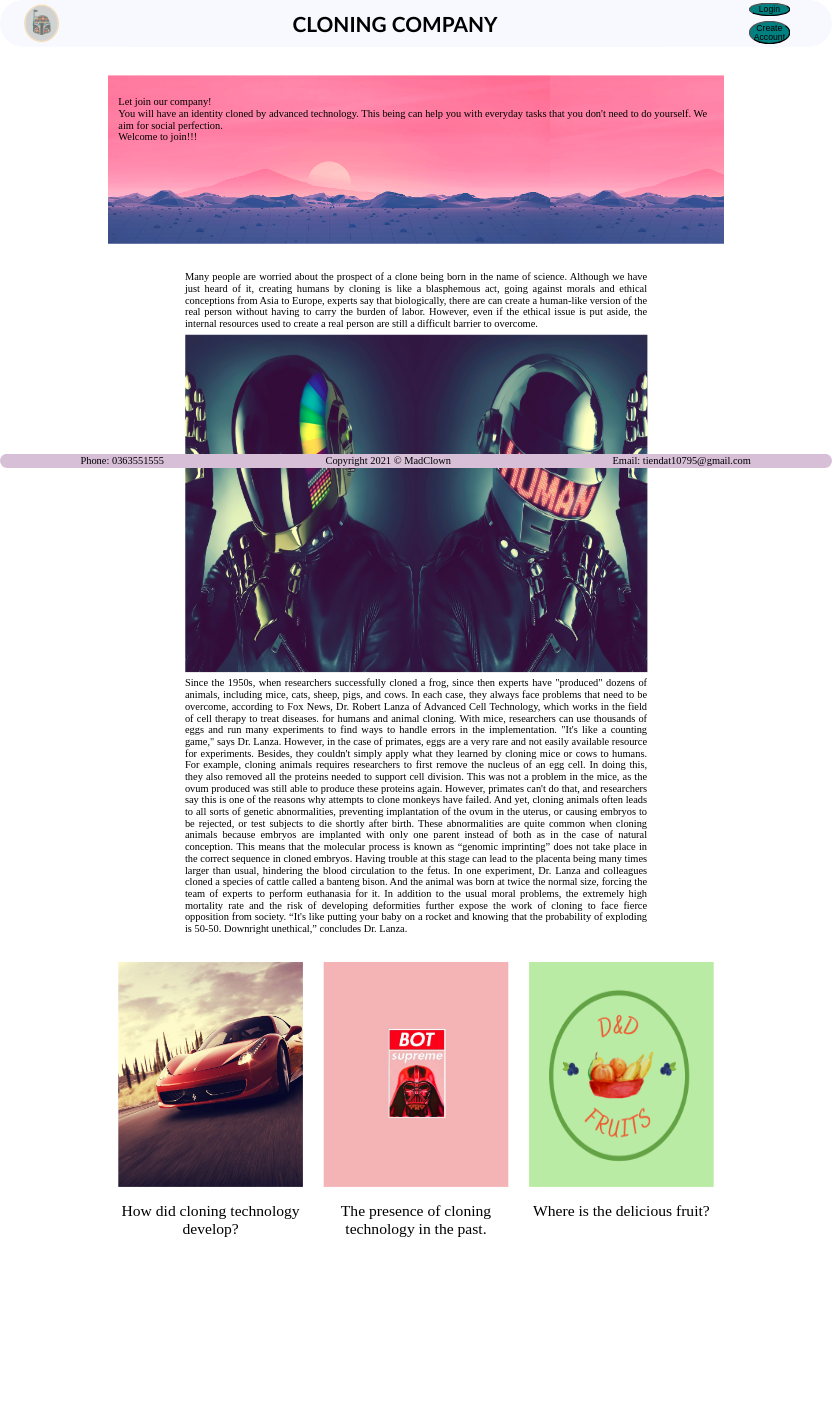
Repository: madd107/demo-form
Page: Assigment_FEE/CaseStudy_1.html
An editor plug-in stored every save of this project. The page is shown before and after the next save, followed by the edit.
The browser window is 1280 px wide. The pictures show the whole page, at 65% of full size.

Above is the page before, as saved 2021-10-01 02:10:09.

### Assigment_FEE/CaseStudy_1.html
<!DOCTYPE html>
<html lang="en">
  <head>
    <meta charset="UTF-8" />
    <meta http-equiv="X-UA-Compatible" content="IE=edge" />
    <meta name="viewport" content="width=device-width, initial-scale=1.0" />
    <title>CaseStudy_1</title>
    <link rel="stylesheet" href="css/CaseStudy_1.css" />
  </head>
  <body>
    <div class="wrapper">
      <div class="wrapper topbar">
        <li class="wrapper topbar logo">
          <img src="image/Screenshot from 2021-09-29 23-32-12.png" alt="" />
        </li>
        <li class="wrapper topbar title">
          <h1>Cloning Company</h1>
        </li>
        <li class="wrapper topbar login">
          <button>Login</button>
          <button>Create Account</button>
        </li>
      </div>
      <div class="wrapper main">
        <div class="main header">
          <p>
            Let join our company! <br />
            You will have an identity cloned by advanced technology. This being
            can help you with everyday tasks that you don't need to do yourself.
            We aim for social perfection. <br />
            Welcome to join!!!
          </p>
        </div>
        <div class="main content">
          <p>
            Many people are worried about the prospect of a clone being born in
            the name of science. Although we have just heard of it, creating
            humans by cloning is like a blasphemous act, going against morals
            and ethical conceptions from Asia to Europe, experts say that
            biologically, there are can create a human-like version of the real
            person without having to carry the burden of labor. However, even if
            the ethical issue is put aside, the internal resources used to
            create a real person are still a difficult barrier to overcome.
          </p>
          <img src="image/wallpaper_hd_by_sinhvienit (25).JPG" alt="" />
          <p>
            Since the 1950s, when researchers successfully cloned a frog, since
            then experts have "produced" dozens of animals, including mice,
            cats, sheep, pigs, and cows. In each case, they always face problems
            that need to be overcome, according to Fox News, Dr. Robert Lanza of
            Advanced Cell Technology, which works in the field of cell therapy
            to treat diseases. for humans and animal cloning. With mice,
            researchers can use thousands of eggs and run many experiments to
            find ways to handle errors in the implementation. "It's like a
            counting game," says Dr. Lanza. However, in the case of primates,
            eggs are a very rare and not easily available resource for
            experiments. Besides, they couldn't simply apply what they learned
            by cloning mice or cows to humans. For example, cloning animals
            requires researchers to first remove the nucleus of an egg cell. In
            doing this, they also removed all the proteins needed to support
            cell division. This was not a problem in the mice, as the ovum
            produced was still able to produce these proteins again. However,
            primates can't do that, and researchers say this is one of the
            reasons why attempts to clone monkeys have failed. And yet, cloning
            animals often leads to all sorts of genetic abnormalities,
            preventing implantation of the ovum in the uterus, or causing
            embryos to be rejected, or test subjects to die shortly after birth.
            These abnormalities are quite common when cloning animals because
            embryos are implanted with only one parent instead of both as in the
            case of natural conception. This means that the molecular process is
            known as “genomic imprinting” does not take place in the correct
            sequence in cloned embryos. Having trouble at this stage can lead to
            the placenta being many times larger than usual, hindering the blood
            circulation to the fetus. In one experiment, Dr. Lanza and
            colleagues cloned a species of cattle called a banteng bison. And
            the animal was born at twice the normal size, forcing the team of
            experts to perform euthanasia for it. In addition to the usual moral
            problems, the extremely high mortality rate and the risk of
            developing deformities further expose the work of cloning to face
            fierce opposition from society. “It's like putting your baby on a
            rocket and knowing that the probability of exploding is 50-50.
            Downright unethical,” concludes Dr. Lanza.
          </p>
        </div>
        <div class="main box">
          <div class="main box news">
            <img src="image/Screenshot from 2021-09-30 00-28-13.png" alt="" />
            <a href="https://cloningcompay.com/">
              How did cloning technology develop?
            </a>
          </div>
          <div class="main box news">
            <img src="image/Screenshot from 2021-09-30 00-30-25.png" alt="" />
            <a href="https://cloningcompay.com/">
              The presence of cloning technology in the past.
            </a>
          </div>
          <div class="main box news">
            <img src="image/D&D Fruits.png" alt="" />
            <a href="https://cloningcompay.com/">
              Where is the delicious fruit?
            </a>
          </div>
        </div>
      </div>
      <div class="wrapper footer">
        <li>Phone: 0363551555</li>
        <li>Copyright 2021 © MadClown</li>
        <li>Email: tiendat10795@gmail.com</li>
      </div>
    </div>
  </body>
</html>

### Assigment_FEE/css/CaseStudy_1.css
.wrapper {
  margin: 0 auto;
  width: 100%;
  height: 2160px;
  position: relative;
}
.topbar {
  margin: auto;
  width: 100%;
  height: 10%;
  display: flex;
  justify-content: space-between;
  background-color: ghostwhite;
  align-items: center;
  border-radius: 5em;
  position: fixed;
  top: 0;
  right: 0.2px;
}
.logo {
  margin: auto;
  width: 5%;
  height: 75%;
  position: relative;
  top: 0;
}
.logo img {
  width: 100%;
  height: 100%;
  border-radius: 50%;
  margin: 5px 5px;
  border: wheat solid 2px;
  top: 0;
}
.title {
  margin: 0 auto;
  width: 70%;
  height: 100%;
  display: flex;
  justify-content: center;
  align-items: center;
  position: relative;
  top: 0;
}
.title h1 {
  text-transform: uppercase;
  color: black;
  text-align: center;
  font-family: "Trebuchet MS", "Lucida Sans Unicode", "Lucida Grande",
    "Lucida Sans", Arial, sans-serif;
}
.login {
  margin: 0 auto;
  width: 10%;
  height: 100%;
  display: flex;
  align-items: center;
  flex-direction: column;
  justify-content: space-around;
  position: relative;
  top: 0;
}
.login button {
  background-color: teal;
  border-radius: 50%;
  width: 50%;
  top: 0;
}
.login button:hover {
  color: yellowgreen;
}
.main {
  margin: auto;
  width: 75%;
  height: 80%;
  display: flex;
  flex-wrap: wrap;
  top: 5%;
}
.main.header {
  margin: 0 auto;
  background-image: url(/Assigment_FEE/image/Screenshot\ from\ 2021-09-29\ 23-49-43.png);
  width: 100%;
  height: 15%;
  background-size: 680px;
}
.main.header p {
  padding: 1em;
}
.main.content {
  margin: 1em auto;
  width: 75%;
  height: 60%;
}
.main.content img {
  width: 100%;
  height: 50%;
}
.main.content p {
  margin: 0 auto;
  height: auto;
  text-align: justify;
  padding: 0.5em 0;
}
.main.box {
  margin: 0 auto;
  width: 100%;
  height: 20%;
  display: flex;
  flex-wrap: wrap;
}
.main.box.news:nth-child(1) {
  width: 30%;
  height: 100%;
}
.main.box.news:nth-child(1) img {
  width: 100%;
  height: 100%;
}
.main.box.news:nth-child(1) a {
  margin: 1em auto;
  text-align: center;
  align-items: center;
  text-decoration: none;
  font-size: x-large;
  color: black;
}
.main.box.news:nth-child(2) {
  width: 30%;
  height: 100%;
}
.main.box.news:nth-child(2) img {
  width: 100%;
  height: 100%;
}
.main.box.news:nth-child(2) a {
  margin: 1em auto;
  text-align: center;
  align-items: center;
  text-decoration: none;
  font-size: x-large;
  color: black;
}
.main.box.news:nth-child(3) {
  width: 30%;
  height: 100%;
}
.main.box.news:nth-child(3) img {
  width: 100%;
  height: 100%;
}
.main.box.news:nth-child(3) a {
  margin: 1em auto;
  text-align: center;
  align-items: center;
  text-decoration: none;
  font-size: x-large;
  color: black;
}
a:hover {
  opacity: 0.5;
  color: aqua;
}
.footer {
  width: 100%;
  height: 3%;
  display: flex;
  justify-content: space-around;
  list-style-type: none;
  align-items: center;
  background-color: thistle;
  position: fixed;
  bottom: 0;
  right: 0.5px;
  border-radius: 5em;
}
@media only screen and (max-width: 768px) {
  .main.content {
    margin: 1em auto;
    width: 75%;
    height: auto;
  }
  .main.content img {
    width: 100%;
    height: 20%;
  }
  .main.content p {
    margin: 1rem auto;
    width: 100%;
    height: auto;
    align-items: center;
    text-align: justify;
    padding: 0.5em 0;
  }
  .main.box {
    margin: 5em auto;
    width: 85%;
    height: 10%;
    display: flex;
    flex-wrap: wrap;
  }
  .main.box.news:nth-child(1) {
    width: 100%;
    height: 100%;
  }
  .main.box.news:nth-child(2) {
    width: 100%;
    height: 100%;
  }
  .main.box.news:nth-child(3) {
    width: 100%;
    height: 100%;
  }
  .main.box.news img {
    width: 100%;
    height: 100%;
  }
  .main.box.news a {
    margin: 1em auto;
    text-align: center;
    align-items: center;
    text-decoration: none;
    font-size: x-large;
    color: black;
  }
  a:hover {
    opacity: 0.5;
    color: aqua;
  }
}

After the next save:
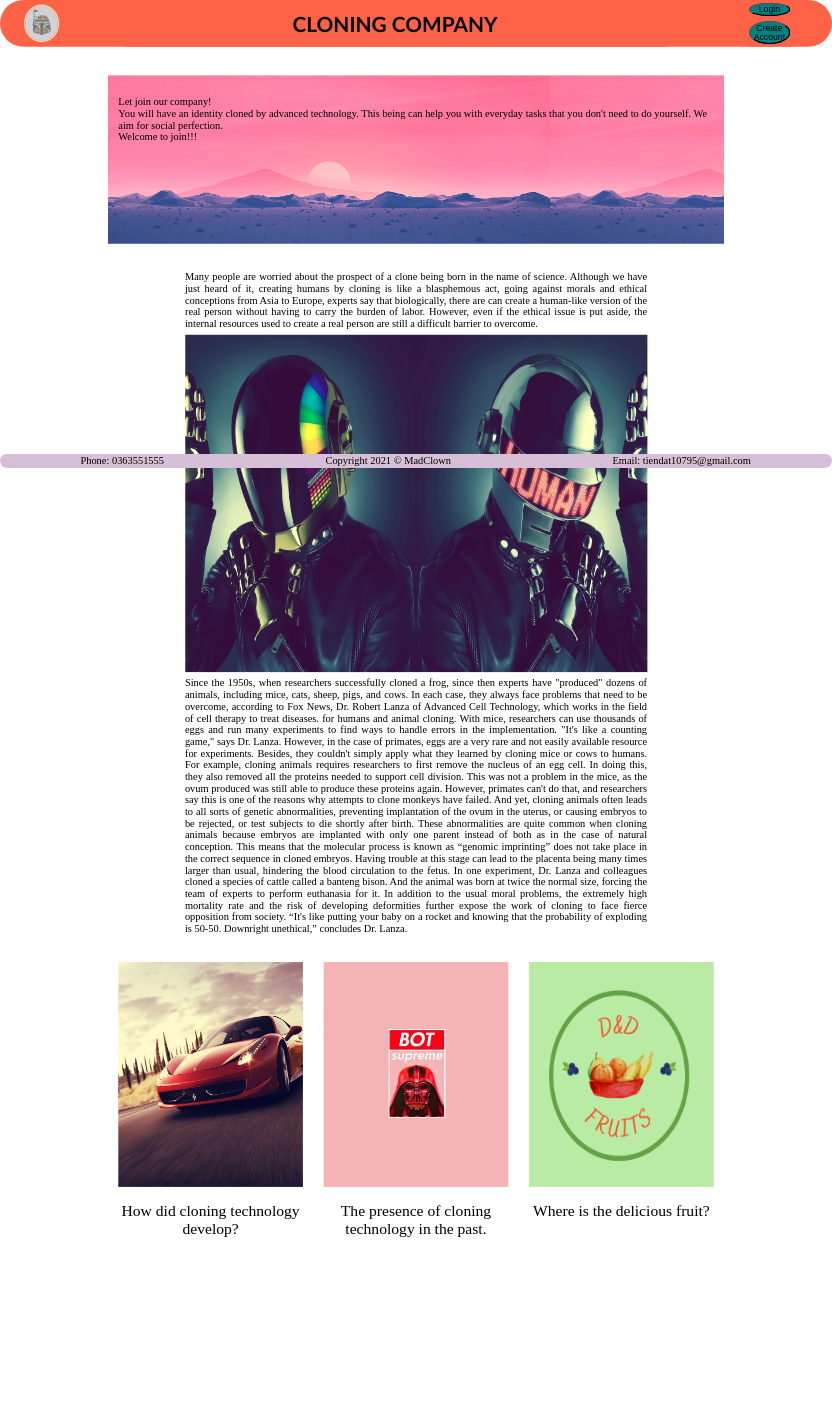
Saved 16 s later.
--- a/Assigment_FEE/css/CaseStudy_1.css
+++ b/Assigment_FEE/css/CaseStudy_1.css
@@ -10,7 +10,7 @@
   height: 10%;
   display: flex;
   justify-content: space-between;
-  background-color: ghostwhite;
+  background-color: tomato;
   align-items: center;
   border-radius: 5em;
   position: fixed;
